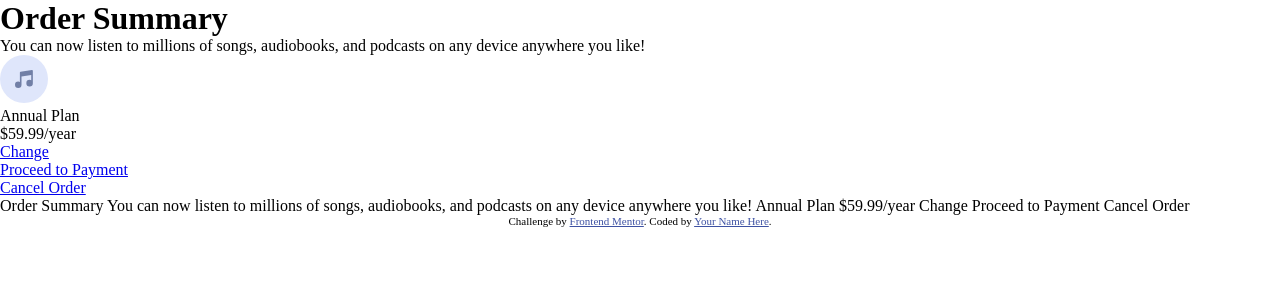
Repository: DejV44/order-summary-frontend
Page: index.html
An editor plug-in stored every save of this project. The page is shown before and after the next save, followed by the edit.
The browser window is 1280 px wide. The pictures show the whole page.
The style sheet was rebuilt from its Sass, Less or Tailwind sources for each picture, by a compiler version that may differ from the author's.

Above is the page before, as saved 2021-08-11 21:46:52.

### index.html
<!DOCTYPE html>
<html lang="en">
<head>
  <meta charset="UTF-8">
  <meta name="viewport" content="width=device-width, initial-scale=1.0">
  <link rel="stylesheet" href="css/style.css">

  <link rel="icon" type="image/png" sizes="32x32" href="./images/favicon-32x32.png">

  <title>Frontend Mentor | Order summary card</title>

</head>
<body>
  <div class="container">
    <div class="backgr"></div>
    <div class="content">
      <h1>Order Summary</h1>
      <p>You can now listen to millions of songs, audiobooks, and podcasts on any
  device anywhere you like!</p>
    </div>
    <div class="price_container">
      <div class="annual">
        <img src="/images/icon-music.svg" alt="music">
        <p>Annual Plan</p>
        <p>$59.99/year</p>
      </div>
      <a href="#">Change</a>
    </div>
    <div class="button">
      <a href="#">Proceed to Payment</a>
    </div>
    <div class="cancel_button">
      <a href="#">Cancel Order</a>
    </div>

  </div>
  Order Summary

  You can now listen to millions of songs, audiobooks, and podcasts on any
  device anywhere you like!

  Annual Plan
  $59.99/year

  Change

  Proceed to Payment
  Cancel Order

  <div class="attribution">
    Challenge by <a href="https://www.frontendmentor.io?ref=challenge" target="_blank">Frontend Mentor</a>.
    Coded by <a href="#">Your Name Here</a>.
  </div>
</body>
</html>

### css/style.scss
* {
    margin: 0;
    padding: 0;
}
@import url('https://fonts.googleapis.com/css2?family=Red+Hat+Display:wght@500;700;900&display=swap');
@import "variables";
@import "mixins";







.attribution { font-size: 11px; text-align: center; }
.attribution a { color: hsl(228, 45%, 44%); }

### css/_variables.scss
// ---COLORS--

$Paleblue: hsl(225, 100%, 94%);
$Brightblue: hsl(245, 75%, 52%);
$VeryPaleBlue: hsl(225, 100%, 98%);
$Desaturatedblue: hsl(224, 41%, 36%);
$DarkBlue: hsl(223, 47%, 23%);

### css/_mixins.scss
@mixin fonts {
    font-family: 'Red Hat Display', sans-serif;
}

After the next save:
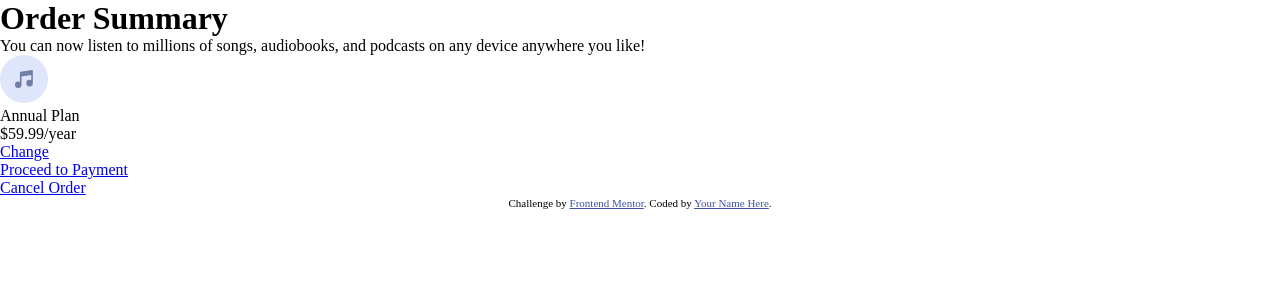
Saved 20 s later.
--- a/index.html
+++ b/index.html
@@ -34,18 +34,6 @@
     </div>
 
   </div>
-  Order Summary
-
-  You can now listen to millions of songs, audiobooks, and podcasts on any
-  device anywhere you like!
-
-  Annual Plan
-  $59.99/year
-
-  Change
-
-  Proceed to Payment
-  Cancel Order
 
   <div class="attribution">
     Challenge by <a href="https://www.frontendmentor.io?ref=challenge" target="_blank">Frontend Mentor</a>.
